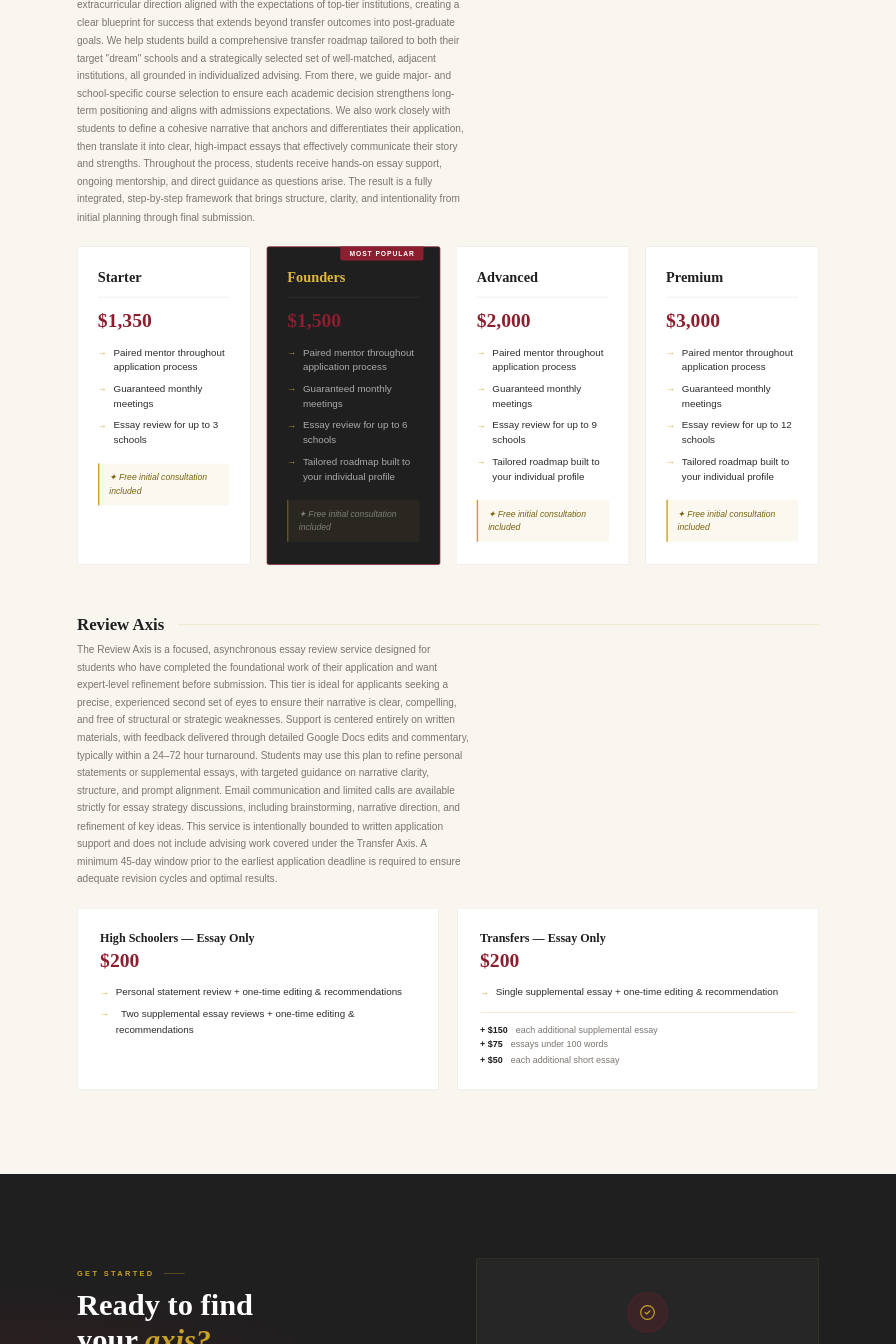
Repository: epeguero8311/cesar
Page: index.html
These files come from the project's save history. The page is drawn as it stood at one moment and after the next save; the edit follows.
The browser window is 1280 px wide. The pictures show the part of the page from y = 4580 to 6500 px (the page is 7068 px tall), at 70% of full size.

Above is the page before, as saved 2026-04-27 17:23:08.

### index.html
<!DOCTYPE html>
<html lang="en">
<head>
<meta charset="UTF-8" />
<meta name="viewport" content="width=device-width, initial-scale=1.0" />
<link rel="icon" type="image/png" href="Untitled_design__1_-removebg-preview.png" />
<title>Full Axis — Prestige Admissions Advisory</title>
<link rel="preconnect" href="https://fonts.googleapis.com" />
<link rel="preconnect" href="https://fonts.gstatic.com" crossorigin />
<link href="https://fonts.googleapis.com/css2?family=Playfair+Display:ital,wght@0,400;0,600;0,700;1,400;1,600&family=Libre+Baskerville:ital,wght@0,400;0,700;1,400&family=DM+Sans:opsz,wght@9..40,300;9..40,400;9..40,500;9..40,600;9..40,700&display=swap" />
<link rel="stylesheet" href="style.css" />
</head>
<body>

<!-- NAV -->
<nav>
  <div class="nav-brand">
    <img src="IMG_4736-removebg-preview.png" alt="Full Axis" class="nav-logo-img" />
  </div>
  <ul class="nav-links">
    <li><a href="#mission">Mission</a></li>
    <li><a href="#team">Team</a></li>
    <li><a href="#pricing">Packages</a></li>
    <li><a href="#apply" class="nav-cta">Apply Now</a></li>
  </ul>
</nav>

<!-- HERO -->
<section id="hero">
  <div class="hero-inner">
    <div class="hero-eyebrow">Prestige Admissions Advisory</div>
    <h1 class="hero-title">Your defining<br /><em>axis</em> starts here.</h1>
    <div class="hero-rule"></div>
    <p class="hero-sub">Connect → Gameplan → Success</p>
    <div class="hero-actions">
      <a href="#apply" class="btn-primary">Begin Your Application</a>
      <a href="#mission" class="btn-outline">Learn More</a>
    </div>
  </div>
</section>

<!-- STATS RIBBON -->
<div class="stats-ribbon">
  <div class="stat"><strong>Tier 1</strong>&nbsp;Target Schools</div>
  <div class="stat-sep"></div>
  <div class="stat"><strong>Paired</strong>&nbsp;Major-Specific Mentors</div>
  <div class="stat-sep"></div>
  <div class="stat"><strong>Beta</strong>&nbsp;2026–27 Cycle</div>
  <div class="stat-sep"></div>
  <div class="stat"><strong>Free</strong>&nbsp;First Consultation</div>
</div>

<!-- MISSION -->
<section id="mission">
  <div class="section-inner">
    <div class="section-label">Who We Are</div>
    <h2 class="section-title">Built on precision.<br />Defined by results.</h2>
    <div class="mission-grid">
      <div class="reveal">
        <p class="mission-statement">Full Axis is a prestige-focused, major-specific admissions advisory firm. We specialize in guiding students from a multitude of backgrounds through the most competitive first-year and transfer pathways in the country.</p>
        <div class="beta-badge">
          <span class="beta-dot"></span>
          Currently in Beta — 2026–2027 Cycle &nbsp;·&nbsp; Limited Spots Available
        </div>
      </div>
      <div class="mission-right reveal d2">
        <div class="pillar">
          <h3>Our Approach</h3>
          <p>We operate on a "Tiered Expertise" model, pairing each student with mentors who have successfully navigated their exact target trajectory — gaining admission to top programs in their respective fields.</p>
        </div>
        <div class="pillar">
          <h3>Our Philosophy</h3>
          <p>We believe every applicant has a defining narrative axis. Whether it is the pursuit of an elite standard or a strategic reinvention, our role is to identify, refine, and position that axis with precision.</p>
        </div>
      </div>
    </div>
    <div class="ornament"><div class="ornament-diamond"></div></div>
  </div>
</section>

<!-- TEAM -->
<section id="team">
  <div class="section-inner">
    <div class="team-intro">
      <div class="section-label">The Axis Network</div>
      <h2 class="section-title on-dark">Guided by those<br />who've been there.</h2>
    </div>
    <div class="team-grid">
      <!-- Cesar -->
      <div class="team-card reveal">
        <div class="team-photo">
          <div class="team-photo-ph"><div class="team-initials">C</div><div class="photo-hint">Headshot coming soon</div></div>
        </div>
        <div class="team-info">
          <div class="team-name">Cesar Espinoza</div>
          <div class="team-role">Founder &amp; Director</div>
          <div class="team-school">Full Axis</div>
          <p class="team-bio">Cesar leads Full Axis with a mission to make the college admissions process more structured, strategic, and accessible. He works with students across a range of pathways—from high-achieving first-year applicants seeking stronger outcomes to college students refining their academic direction—helping them clarify goals and strengthen their applications. With immense knowledge in the transfer landscape, particularly STEM-focused pathways, he oversees advisor strategy and ensures each student is matched with the right support for their goals.</p>
        </div>
      </div>
      <!-- Andrew -->
      <div class="team-card reveal d1">
        <div class="team-photo">
          <img src="headshots/headshot-Andrew_Wei 2.JPEG" alt="Andrew Wei" class="team-headshot" />
        </div>
        <div class="team-info">
          <div class="team-name">Andrew Wei</div>
          <div class="team-role">Co-Founder &amp; Transfer Advisor (Finance)</div>
          <div class="team-school">Cornell University — Nolan School of Hotel Administration</div>
          <p class="team-bio">Andrew is a transfer student from Tulane University to Cornell's Nolan School of Hotel Administration, where he is now a sophomore pursuing a career in consulting. After navigating the transfer process himself, he co-founded Full Axis to help others do the same. He will guide students through every step of the process, from school selection to crafting the final components of their applications. Andrew's strengths lie in business and finance, as well as his ability to help students build a clear, strategic path to success. He focuses on helping students craft narratives that reflect not only technical ambition, but also a deeper commitment to entrepreneurship and innovation.</p>
        </div>
      </div>
      <!-- Kellen -->
      <div class="team-card reveal d2">
        <div class="team-photo">
          <div class="team-photo-ph"><div class="team-initials">KB</div><div class="photo-hint">Headshot coming soon</div></div>
        </div>
        <div class="team-info">
          <div class="team-name">Kellen Bell</div>
          <div class="team-role">Co-Founder &amp; Transfer Advisor (Natural Sciences)</div>
          <div class="team-school">Cornell University — HBHS &amp; Health Care Policy</div>
          <p class="team-bio">Kellen is a pre-med transfer student from Tulane to Cornell University, where he is currently majoring in Human Biology, Health & Society with a minor in Health Care Policy. As a co-founder, he will help students refine their applications and reach new heights at any institution. What truly sets Kellen apart is his firsthand experience navigating both the transfer process and the path toward medical school. This experience makes him an invaluable resource for aspiring pre-med students and those pursuing careers in science, allowing him to offer thoughtful, experience-driven guidance. With his unique perspective, he helps students interested in STEM research and medicine better understand the journey ahead and approach it with clarity and confidence.</p>
        </div>
      </div>
      <!-- Azmain -->
      <div class="team-card reveal d3">
        <div class="team-photo">
          <div class="team-photo-ph"><div class="team-initials">AH</div><div class="photo-hint">Headshot coming soon</div></div>
        </div>
        <div class="team-info">
          <div class="team-name">Azmain Harun</div>
          <div class="team-role">Co-Founder &amp; Transfer Advisor (Engineering)</div>
          <div class="team-school">Vanderbilt University — Electrical Engineering &amp; HOD</div>
          <p class="team-bio" style="color:rgba(255,255,255,0.25);font-style:italic">Azmain brings a nontraditional but highly strategic perspective to Full Axis, with deep experience navigating both elite admissions and rigorous academic pathways. He earned a full ride offer to Vanderbilt University, where he plans to study Electrical Engineering and Human & Organizational Development (HOD), ultimately enrolling as part of the Class of 2029 after staying home for this past year to help support his family's company.

During his admissions cycle, Azmain earned a full ride from Columbia University and Virginia Tech, as well as a generous stipend at UC Santa Barbara. He was also waitlisted at Stanford and UC Berkeley, alongside additional strong acceptances across the UC system, including UC San Diego and UC Davis.

His academic strengths span the field of engineering, computer science, physics, applied mathematics, and the UC admissions process, giving him a strong foundation for advising students pursuing competitive technical and public university pathways. Azmain will help students build balanced, realistic, and ambitious application strategies regardless of their field of interest or the university systems they are targeting.</p>
        </div>
      </div>
      <!-- Amir -->
      <div class="team-card reveal d4">
        <div class="team-photo">
          <div class="team-photo-ph"><div class="team-initials">AS</div><div class="photo-hint">Headshot coming soon</div></div>
        </div>
        <div class="team-info">
          <div class="team-name">Amir Sultan</div>
          <div class="team-role">Co-Founder &amp; Transfer Advisor (Social Sciences)</div>
          <div class="team-school">Rice University — Social Sciences</div>
          <p class="team-bio" style="color:rgba(255,255,255,0.25);font-style:italic">Amir is a QuestBridge National College Match Scholar who began his academic journey at the University of Pennsylvania before successfully transferring to Rice University, where he plans to pursue public policy and the social sciences. Having navigated both first-year and transfer admissions at a high level, he brings a unique perspective on finding the right academic and personal fit.

Beyond academics, Amir is a nationally accomplished speech and debate competitor and coach. A five-time state champion and NSDA national qualifier, he has led teams to state titles and continues to mentor students through debate consulting. He also has prior experience advising students through first-year admissions in independent settings, helping applicants gain admission to top universities.

Amir's strengths lie in social sciences, public policy, and competitive advocacy, as well as his ability to help students craft compelling, authentic narratives. He will help students build balanced, realistic, and ambitious application strategies—particularly for those pursuing pre-law, politics, and other impact-driven pathways.</p>
        </div>
      </div>
    </div>
  </div>
</section>

<!-- PRICING -->
<section id="pricing">
  <div class="section-inner">
    <div class="pricing-hd reveal">
      <div class="section-label">Fee Structure</div>
      <h2 class="section-title">Transparent pricing.<br />Unmatched access.</h2>
      <div class="pricing-beta-block">Full Axis is currently in its beta cycle for the 2026–2027 school year. As we onboard our inaugural cohort, we strongly recommend getting started with us as soon as possible; this allows us to fully maximize your potential as an applicant. We operate on a rolling application system, with an application deadline in late September.</div>
    </div>

    <h3 class="axis-heading">Transfer Axis</h3>
    <p class="axis-desc">The Transfer Axis is an intensive, mentor-led program built for students aiming to successfully navigate the highly selective transfer admissions process. Rather than focusing solely on application polish, we work to construct a cohesive academic and extracurricular direction aligned with the expectations of top-tier institutions, creating a clear blueprint for success that extends beyond transfer outcomes into post-graduate goals.

We help students build a comprehensive transfer roadmap tailored to both their target "dream" schools and a strategically selected set of well-matched, adjacent institutions, all grounded in individualized advising. From there, we guide major- and school-specific course selection to ensure each academic decision strengthens long-term positioning and aligns with admissions expectations. We also work closely with students to define a cohesive narrative that anchors and differentiates their application, then translate it into clear, high-impact essays that effectively communicate their story and strengths. Throughout the process, students receive hands-on essay support, ongoing mentorship, and direct guidance as questions arise. The result is a fully integrated, step-by-step framework that brings structure, clarity, and intentionality from initial planning through final submission.</p>
    <div class="pkg-grid reveal">
      <div class="pkg">
        <div class="pkg-name">Starter</div>
        <div class="rev-price">$1,350</div>
        <ul class="pkg-feats">
          <li class="pkg-feat">Paired mentor throughout application process</li>
          <li class="pkg-feat">Guaranteed monthly meetings</li>
          <li class="pkg-feat">Essay review for up to 3 schools</li>
        </ul>
        <div class="consult-note">✦ Free initial consultation included</div>
      </div>
      <div class="pkg featured">
        <div class="pkg-badge">Most Popular</div>
        <div class="pkg-name">Founders</div>
        <div class="rev-price">$1,500</div>
        <ul class="pkg-feats">
          <li class="pkg-feat">Paired mentor throughout application process</li>
          <li class="pkg-feat">Guaranteed monthly meetings</li>
          <li class="pkg-feat">Essay review for up to 6 schools</li>
          <li class="pkg-feat">Tailored roadmap built to your individual profile</li>
        </ul>
        <div class="consult-note">✦ Free initial consultation included</div>
      </div>
      <div class="pkg">
        <div class="pkg-name">Advanced</div>
        <div class="rev-price">$2,000</div>
        <ul class="pkg-feats">
          <li class="pkg-feat">Paired mentor throughout application process</li>
          <li class="pkg-feat">Guaranteed monthly meetings</li>
          <li class="pkg-feat">Essay review for up to 9 schools</li>
          <li class="pkg-feat">Tailored roadmap built to your individual profile</li>
        </ul>
        <div class="consult-note">✦ Free initial consultation included</div>
      </div>
      <div class="pkg">
        <div class="pkg-name">Premium</div>
        <div class="rev-price">$3,000</div>
        <ul class="pkg-feats">
          <li class="pkg-feat">Paired mentor throughout application process</li>
          <li class="pkg-feat">Guaranteed monthly meetings</li>
          <li class="pkg-feat">Essay review for up to 12 schools</li>
          <li class="pkg-feat">Tailored roadmap built to your individual profile</li>
        </ul>
        <div class="consult-note">✦ Free initial consultation included</div>
      </div>
    </div>

    <h3 class="axis-heading" style="margin-top:4.5rem">Review Axis</h3>
    <p class="axis-desc">The Review Axis is a focused, asynchronous essay review service designed for students who have completed the foundational work of their application and want expert-level refinement before submission. This tier is ideal for applicants seeking a precise, experienced second set of eyes to ensure their narrative is clear, compelling, and free of structural or strategic weaknesses. Support is centered entirely on written materials, with feedback delivered through detailed Google Docs edits and commentary, typically within a 24–72 hour turnaround.

Students may use this plan to refine personal statements or supplemental essays, with targeted guidance on narrative clarity, structure, and prompt alignment. Email communication and limited calls are available strictly for essay strategy discussions, including brainstorming, narrative direction, and refinement of key ideas. This service is intentionally bounded to written application support and does not include advising work covered under the Transfer Axis. A minimum 45-day window prior to the earliest application deadline is required to ensure adequate revision cycles and optimal results.</p>
    <div class="rev-grid reveal">
      <div class="rev-card">
        <div class="rev-card-title">High Schoolers — Essay Only</div>
        <div class="rev-price">$200</div>
        <ul class="rev-feats">
          <li class="rev-feat">Personal statement review + one-time editing &amp; recommendations</li>
          <li class="rev-feat">&nbsp; Two supplemental essay reviews + one-time editing &amp; recommendations</li>
        </ul>
      </div>
      <div class="rev-card">
        <div class="rev-card-title">Transfers — Essay Only</div>
        <div class="rev-price">$200</div>
        <ul class="rev-feats">
          <li class="rev-feat">Single supplemental essay + one-time editing &amp; recommendation</li>
        </ul>
        <div class="rev-addons">
          <div class="addon"><strong>+ $150</strong>&nbsp;each additional supplemental essay</div>
          <div class="addon"><strong>+ $75</strong>&nbsp;essays under 100 words</div>
          <div class="addon"><strong>+ $50</strong>&nbsp;each additional short essay</div>
        </div>
      </div>
    </div>
  </div>
</section>

<!-- APPLY -->
<section id="apply">
  <div class="section-inner">
    <div class="apply-grid reveal">
      <div>
        <div class="section-label">Get Started</div>
        <h2 class="apply-title">Ready to find<br />your <em>axis?</em></h2>
        <p class="apply-sub">Submit your application through our intake form and a member of our team will reach out within 48 hours. Spots for the 2026–2027 cycle are limited.</p>
        <div class="consult-callout">
          <strong>✦ Free First Consultation (Included With Every Application)</strong>
          <p>Every student who applies receives a complimentary initial consultation at no cost. We assess your profile and identify the best pathway forward — no commitment required.</p>
        </div>
      </div>
      <div class="apply-box">
        <div class="apply-icon">
          <svg viewBox="0 0 24 24"><path d="M9 12l2 2 4-4M21 12a9 9 0 11-18 0 9 9 0 0118 0z"/></svg>
        </div>
        <h3>Apply Now</h3>
        <p>Complete our short intake form. Every application is reviewed personally by our team.</p>
        <a href="https://docs.google.com/forms/d/e/1FAIpQLSdoFQlOemhVGL9cHiw1zWZMkfWvCgZNxgydIc3T4HkZGuN4dA/viewform?usp=header"
           target="_blank" rel="noopener noreferrer" class="btn-apply">Begin Your Application →</a>
        <p class="apply-fine">Beta Cycle — 2026–2027 Admissions Year</p>
      </div>
    </div>
  </div>
</section>

<!-- FOOTER -->
<footer>
  <div class="ft-logo">Full <span>Axis</span></div>
  <div class="ft-note">Full Axis is currently operating in its beta cycle for the 2026–2027 admissions year. Prestige-focused, major-specific admissions advisory.</div>
  <div class="ft-copy">© 2026 Full Axis</div>
</footer>

<script src="main.js"></script>
</body>
</html>

Loaded but not shown: main.js (5 lines, source omitted); style.css (301 lines, source omitted)

After the next save:
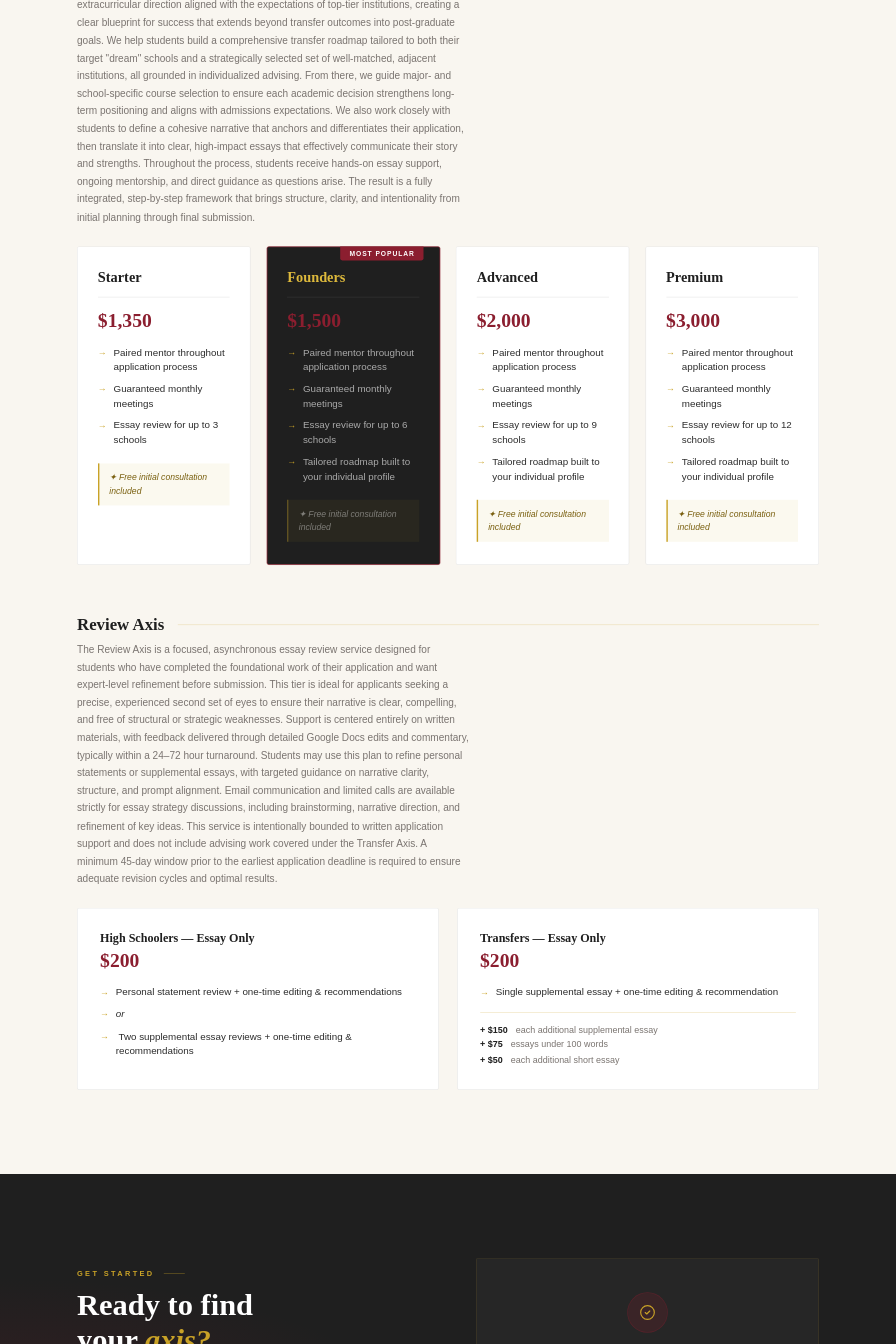
Saved 15 s later.
--- a/index.html
+++ b/index.html
@@ -228,7 +228,8 @@ Students may use this plan to refine personal statements or supplemental essays,
         <div class="rev-price">$200</div>
         <ul class="rev-feats">
           <li class="rev-feat">Personal statement review + one-time editing &amp; recommendations</li>
-          <li class="rev-feat">&nbsp; Two supplemental essay reviews + one-time editing &amp; recommendations</li>
+          <li class="rev-feat"><em>or</em></li>
+          <li class="rev-feat">&nbsp;Two supplemental essay reviews + one-time editing &amp; recommendations</li>
         </ul>
       </div>
       <div class="rev-card">
